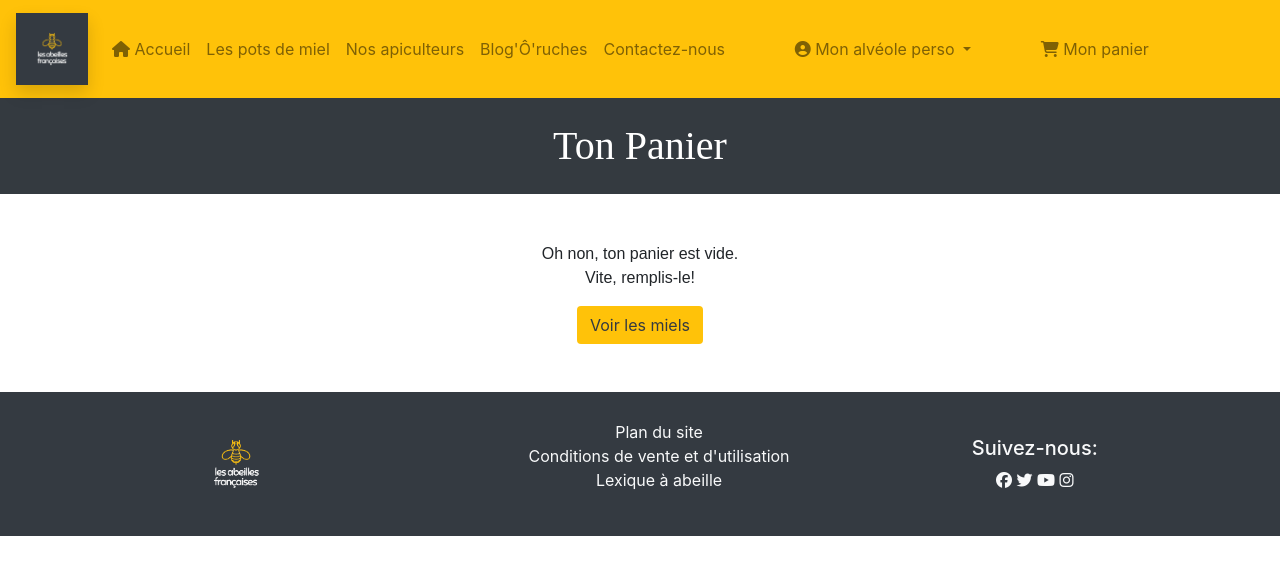
Repository: davidlecras/lesabeillesfran-aises
Page: templates/cart/index.html.twig
These files come from the project's save history. The page is drawn as it stood at one moment and after the next save; the edit follows.
The browser window is 1280 px wide. The pictures show the whole page.
Some web fonts or font styles are not loaded; a fallback is used. Some web libraries are served in a nearby version. The page is a Twig template of a Symfony application; nobody is signed in and links lead nowhere. The template is opened directly, without the code that normally fills it, so the values that code supplies are empty.

Above is the page before, as saved 2020-05-23 18:14:44.

### templates/cart/index.html.twig
{% extends 'base.html.twig' %}

{% block title %}Les abeilles françaises: Votre panier!
{% endblock %}
{% block monTitre %}Ton Panier
{% endblock %}
{% block body %}
	<section class="container">
		{% if items| length >0 %}
			<table class="table text-center">
				<thead>
					<tr>
						<th>Produit</th>
						<th>Prix</th>
						<th>Quantité</th>
						<th>Total</th>
						<th></th>
					</tr>
				</thead>
				<tbody class="text-center">
					{% for item in items %}
						<tr>
							<td>{{item.product.name}}</td>
							<td>{{item.product.price| format_currency('EUR')}}</td>
							<td>
								<a href="{{path('cart_add', {'id': item.product.id})}}" class="btn btn-colorPrimary">
									<i class="fas fa-plus"></i>
								</a>
								{{item.quantity}}
								{% if item.quantity >1 %}
									<a href="{{path('cart_subtract', {'id': item.product.id})}}" class="btn shadow btn-colorSecondary">
										<i class="fas fa-minus"></i>
									</a>
								{% else %}
									<a href="{{path('cart_remove', {'id': item.product.id})}}" class="btn shadow btn-danger">
										<i class="fas fa-trash"></i>
									</a>
								{% endif %}
							</td>
							<td>{{(item.product.price * item.quantity)| format_currency('EUR')}}</td>
							{% if item.quantity >1 %}
								<td>
									<a href="{{path('cart_remove', {'id': item.product.id})}}" class="btn btn-danger shadow">
										<i class="fas fa-trash"></i>
									</a>
								</td>
							{% endif %}
						</tr>
					{% endfor %}
				</tbody>
				<tfoot>
					<tr>
						<td colspan="3">Total:</td>
						<td>{{total| format_currency('EUR')}}</td>
						<td></td>
					</tr>
				</tfoot>
			</table>
			<hr>
			<div class="container my-4 d-flex justify-content-between">
				<a href="{{path('showAllProducts')}}" class="btn btn-lg shadow btn-colorSecondary">
					<i class="fas fa-long-arrow-alt-left"></i>
					Poursuivre mes achats</a>
				<a href="{{path('showAllProducts')}}" class="btn btn-lg shadow btn-colorPrimary">Valider
					<i class="fas fa-arrow-right"></i>
				</a>
			</div>
		{% else %}
			<div class=" text-center justify-content-center my-5">
				<p>Oh non, ton panier est vide.<br>
					Vite, remplis-le!</p>
				<a href="{{path('showAllProducts')}}" class="btn btn-colorSecondary">Voir les miels</a>
			</div>
		{% endif %}
	</section>
{% endblock %}

### templates/base.html.twig
<!DOCTYPE html>
<html lang="fr">
	<head>
		<meta charset="UTF-8"/>
		<meta name="viewport" content="width=device-width, initial-scale=1.0"/>
		<meta name="viewport" content="width=device-width, initial-scale=1, shrink-to-fit=no"/>
		<title>
			{% block title %}Les abeilles françaises: miel de France
			{% endblock %}
		</title>
		<link rel="apple-touch-icon" sizes="180x180" href="./Logos/favicon_io/apple-touch-icon.png">
		<link rel="icon" type="image/png" sizes="32x32" href="./Logos/favicon_iofavicon-32x32.png">
		<link rel="icon" type="image/png" sizes="16x16" href="./Logos/favicon_io/favicon-16x16.png">
		<link rel="manifest" href="./Logos/favicon_iosite.webmanifest">
		<link rel="stylesheet" href="https://stackpath.bootstrapcdn.com/bootstrap/4.4.1/css/bootstrap.min.css" integrity="sha384-Vkoo8x4CGsO3+Hhxv8T/Q5PaXtkKtu6ug5TOeNV6gBiFeWPGFN9MuhOf23Q9Ifjh" crossorigin="anonymous"/>
		<link rel="stylesheet" href="{{asset("css/style.css")}}"/>
		<link href="https://fonts.googleapis.com/css?family=Sniglet&display=swap" rel="stylesheet">
		<link href="https://fonts.googleapis.com/css?family=Quicksand&display=swap" rel="stylesheet">
		<script src="https://kit.fontawesome.com/aa5cf69e35.js" crossorigin="anonymous"></script>

	</head>
	<body>
		{# header begin #}
		{% block menu %}
			<header>
				<nav class="navbar navbar-expand-lg navbar-light text-center">
					<a class="navbar-brand" href="{{path("home")}}"><img class="logoDark shadow" src="{{asset("Logos/LogoDark.png")}}" alt="logo les Abeilles.com"/></a>
					<button class="navbar-toggler" type="button" data-toggle="collapse" data-target="#navbarSupportedContent" aria-controls="navbarSupportedContent" aria-expanded="false" aria-label="Toggle navigation">
						<span class="navbar-toggler-icon"></span>
					</button>
					<div class="collapse navbar-collapse" id="navbarSupportedContent">
						<ul class="navbar-nav mr-auto">
							<li class="nav-item">
								<a class="nav-link" href="{{path("home")}}">
									<i class="fas fa-home"></i>
									Accueil</a>
							</li>
							<li class="nav-item">
								<a class="nav-link" href="{{path('showAllProducts')}}">Les pots de miel</a>
							</li>
							<li class="nav-item">
								<a class="nav-link" href="{{path('beekeepers')}}">Nos apiculteurs</a>
							</li>
							<li class="nav-item">
								<a class="nav-link" href="#">Blog'Ô'ruches</a>
							</li>
							<li class="nav-item">
								<a class="nav-link" href=" {{path('contact')}}">Contactez-nous</a>
							</li>
						</ul>
					</div>

					<div class="collapse navbar-collapse" id="navbarSupportedContent">
						<ul class="navbar-nav mr-auto">
							<li class="nav-item dropdown">
								<a class="nav-link dropdown-toggle" href="{{path('my_profile')}}" id="navbarDropdown" role="button" data-toggle="dropdown" aria-haspopup="true" aria-expanded="false">
									<i class="fas fa-user-circle"></i>
									Mon alvéole perso
								</a>
								<div class="dropdown-menu" aria-labelledby="navbarDropdown">
									{% if not app.user %}
										<a class="dropdown-item" href="{{path('user_creation')}}">Inscription</a>
										<div class="dropdown-divider"></div>
										<a class="dropdown-item" href="{{path('login')}}">Connexion</a>
									{% else %}
										<a class="dropdown-item" href="{{path('my_profile')}}">Mon compte</a>
										<div class="dropdown-divider"></div>
										<a class="dropdown-item" href="{{path('logout')}}">Déconnexion</a>
									{% endif %}
								</div>
							</li>

						</ul>
					</div>


					<div class="collapse navbar-collapse" id="navbarSupportedContent">
						<ul class="navbar-nav mr-auto">
							<li class="nav-item">
								<a class="nav-link" href="{{path("cart_index")}}">
									<i class="fas fa-shopping-cart"></i>
									Mon panier</a>
							</li>
						</ul>
					</div>

					<div class="collapse navbar-collapse" id="navbarSupportedContent">
						<ul class="navbar-nav mr-auto">
							{% if is_granted('ROLE_ADMIN') %}
								<li class="nav-item">
									<a class="nav-link" href="{{path("main_page_admin")}}">
										<i class="fas fa-users-cog"></i>
										Administration</a>
								</li>
							{% endif %}
						</ul>
					</div>


				</nav>
			</header>
		{% endblock %}
		{# header finish #}

		<h1 class="text-center text-white py-4 bg-dark borer-rounded">
			{% block monTitre %}Les abeilles françaises vous souhaitent la bienvenue
			{% endblock %}
		</h1>

		{# MESSAGES FLASH begin #}
		{% block msg %}
			<div class="mt-5 container alerts">
				{% for label, messages in app.flashes %}
					<div class="alert alert-{{label}} alert.dissmissible show">
						{% for message in messages %}
							{{message}}
							<button type="button" class="close" data-dismiss="alert" aria-label="Close">
								<span aria-hidden="true">&times;</span>
							</button>
						{% endfor %}
					</div>
				{% endfor %}
			</div>
		{% endblock %}
		{# MESSAGES FLASH finish #}

		{% block body %}{% endblock %}

		{# Footer begin #}
		<footer class="text-light">
			<a class="navbar-brand" href="{{path("home")}}"><img class="logoDarkFooter" src="{{asset("Logos/LogoDark.png")}}" alt="logo les Abeilles.com"/></a>
			<ul class="text-center listFooter">
				<li>Plan du site</li>
				<li>Conditions de vente et d'utilisation</li>
				<li>Lexique à abeille</li>
			</ul>
			<div class="social-media text-center">
				<h5>Suivez-nous:</h5>
				<i class="fab fa-facebook"></i>
				<i class="fab fa-twitter"></i>
				<i class="fab fa-youtube"></i>
				<i class="fab fa-instagram"></i>
			</div>
		</footer>
		{# Footer finish #}
		<script src="https://code.jquery.com/jquery-3.4.1.slim.min.js" integrity="sha384-J6qa4849blE2+poT4WnyKhv5vZF5SrPo0iEjwBvKU7imGFAV0wwj1yYfoRSJoZ+n" crossorigin="anonymous"></script>
		<script src="https://cdn.jsdelivr.net/npm/popper.js@1.16.0/dist/umd/popper.min.js" integrity="sha384-Q6E9RHvbIyZFJoft+2mJbHaEWldlvI9IOYy5n3zV9zzTtmI3UksdQRVvoxMfooAo" crossorigin="anonymous"></script>
		<script src="https://stackpath.bootstrapcdn.com/bootstrap/4.4.1/js/bootstrap.min.js" integrity="sha384-wfSDF2E50Y2D1uUdj0O3uMBJnjuUD4Ih7YwaYd1iqfktj0Uod8GCExl3Og8ifwB6" crossorigin="anonymous"></script>
	</body>
</html>

### public/css/style.css
/* Common to all elements */

p {
  font-family: 'Quicksand', sans-serif;
}
h1 {
  font-family: 'Sniglet', cursive;
}
footer {
  min-height: 20vh;
  background-color: #343a41;
  display: flex;
  justify-content: space-evenly;
  align-items: center;
}
li {
  list-style-type: none;
}
a {
  color: #005065;
}
.btn-colorPrimary {
  background-color: #005065;
  color: whitesmoke;
}
.btn-colorPrimary:hover {
  background-color: #ffc209;
  color: #343a41;
}
.btn-colorSecondary {
  background-color: #ffc209;
  color: #343a41;
}
.btn-colorSecondary:hover {
  background-color: #343a41;
  color: #ffc209;
}
.logoDark {
  height: 10vh;
  width: 10vh;
}
.logoDarkFooter {
  height: 15vh;
  width: 15vh;
}
.navbar {
  background-color: #ffc209;
}
/* Home Page */
.imgCar {
  height: 80vh;
  width: 100%;
}
/* HomePage->Section "nouveaux produits" */
.newProducts {
  background-color: #005065;
}
.NewProduct {
  min-height: 50vh;
}
#cardNewProductsHigh {
  display: flex;
  justify-content: space-around;
}

/* HomePage->Section "nouveaux appiculteurs" */
.imgHomeBeekeeper {
  width: 100%;
  height: 25vh;
}
.imgHightNewProduct {
  height: 100%;
  width: 100%;
}

/* Page Contactez-nous */
#ctcByMail {
  display: flex;
  flex-direction: column;
  justify-content: center;
  align-items: center;
  min-height: 40vh;
  background-color: #005065;
  color: whitesmoke;
}
.textSecondary {
  color: #343a41;
}

/* Page Produits */
.imgAllProd {
  height: 50vh;
}
#noproduitsVertueux {
  display: flex;
  justify-content: space-evenly;
  flex-wrap: wrap;
}
#logAB {
  height: 10%;
  height: 10vh;
}
#logoOFG {
  height: 10vh;
  width: 10vh;
}
#logoAR {
  height: 10vh;
  width: 15vh;
}

/* Show One Product */

/* Extra small devices (portrait phones, less than 576px) */
/* No media query for `xs` since this is the default in Bootstrap */

@media only screen and (max-width: 567px) and (orientation: portrait) {
  /* smartphone en mode portait */
  footer {
    min-height: 30vh;
    flex-direction: column;
    align-items: center;
    justify-content: space-evenly;
  }
  .imgCar {
    height: 30vh;
    width: 100%;
  }
  .logoDark {
    height: 4vh;
    width: 4vh;
  }
  .logoDarkFooter {
    display: none;
  }
  .listFooter {
    display: flex;
    flex-direction: column;
    justify-content: center;
    align-items: center;
  }
  .socialMedia {
    display: flex;
    flex-direction: column;
    justify-content: space-evenly;
    align-items: center;
  }
  .imgSmallNewProduct {
    height: 100%;
    width: 100%;
  }
  #cardNewProductsHigh {
    display: none;
  }

  /* La boutique */
  #noproduitsVertueux {
    display: block;
  }
  .navigation {
    font-size: small;
  }
  .imgAllProd {
    height: 45vh;
    width: 90%;
  }

  /* Show one product */
  .imgProd {
    height: 20vh;
    width: 100%;
  }
}

@media only screen and (min-width: 568px) and (max-width: 1023px) and (orientation: portrait) {
  .imgCar {
    height: 30vh;
    width: 100%;
  }
  .logoDark {
    height: 4vh;
    width: 4vh;
  }
  .imgHomeBeekeeper {
    height: 17vh;
    width: 100%;
  }
  .imgSmallNewProduct {
    height: 100%;
    width: 100%;
  }
  #cardNewProductsHigh {
    display: none;
  }

  /* La boutique */
  #noproduitsVertueux {
    display: block;
  }
  .navigation {
    font-size: small;
  }
  .imgAllProd {
    height: 30vh;
    width: 85%;
  }
}

@media only screen and (min-width: 568px) and (max-width: 1023px) and (orientation: landscape) {
  .imgCar {
    height: 30vh;
    width: 100%;
  }
  .logoDark {
    height: 8vh;
    width: 8vh;
  }
  .imgHomeBeekeeper {
    height: 17vh;
    width: 100%;
  }
  .imgSmallNewProduct {
    height: 100%;
    width: 100%;
  }
  #cardNewProductsHigh {
    display: none;
  }

  /* La boutique */
  #noproduitsVertueux {
    display: block;
  }
  .navigation {
    font-size: small;
  }
  .imgAllProd {
    height: 65vh;
    width: 75%;
  }
}

@media only screen and (min-width: 1023px) and (orientation: portrait) {
  .logoDark {
    height: 6vh;
    width: 6vh;
  }
  .logoDarkFooter {
    height: 10vh;
    width: 10vh;
  }
  .imgCar {
    height: 50vh;
    width: 100%;
  }
  .imgHomeBeekeeper {
    height: 17vh;
    width: 100%;
  }
  .imgHightNewProduct {
    height: 40vh;
    width: 100%;
  }
  .imgAllProd {
    height: 18vh;
    width: 80%;
  }
}

@media only screen and (min-width: 1024px) {
  /* tablettes paysages et ordinateurs */
  #newProductSmall {
    display: none;
  }
}

After the next save:
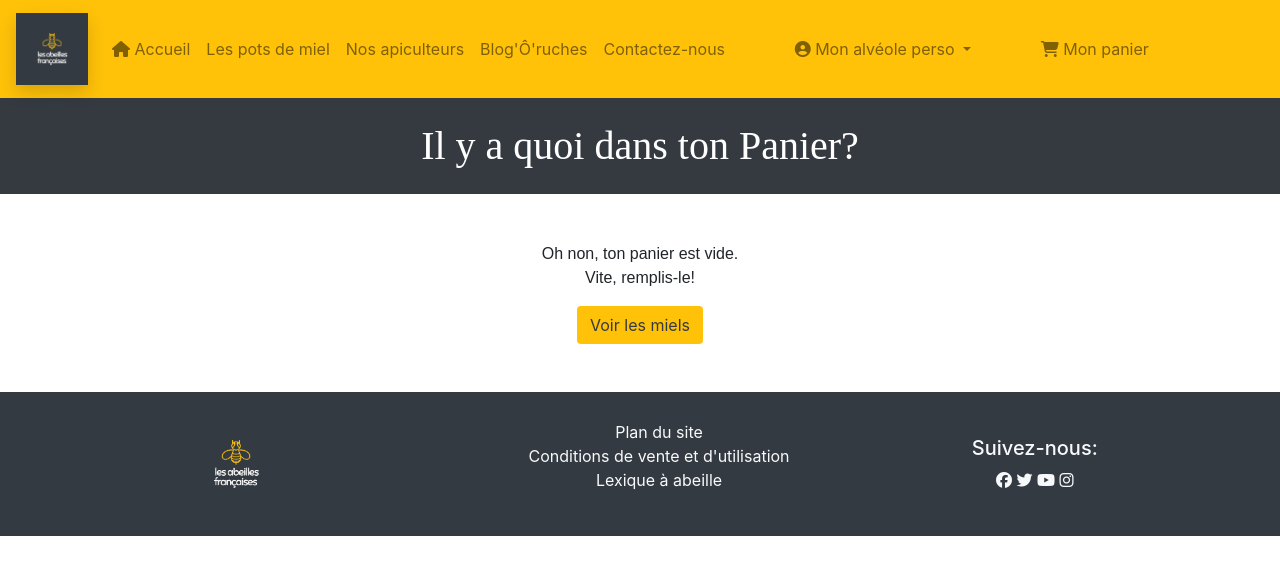
Saved 14 s later.
--- a/templates/cart/index.html.twig
+++ b/templates/cart/index.html.twig
@@ -2,7 +2,7 @@
 
 {% block title %}Les abeilles françaises: Votre panier!
 {% endblock %}
-{% block monTitre %}Ton Panier
+{% block monTitre %}Il y a quoi dans ton Panier?
 {% endblock %}
 {% block body %}
 	<section class="container">
